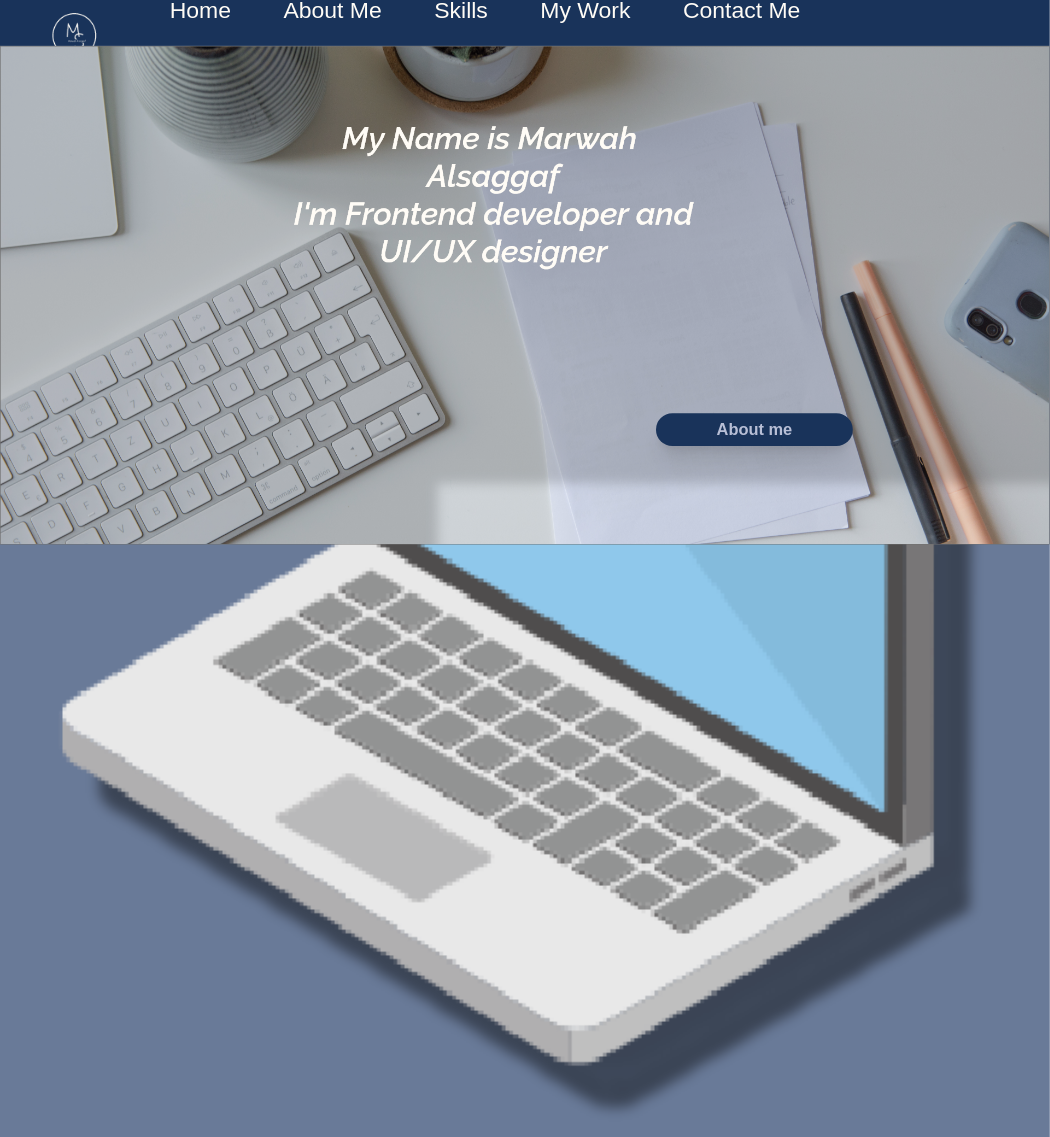
Repository: MEROO1010/my_portfolio
Page: /
An editor plug-in stored every save of this project. The page is shown before and after the next save, followed by the edit.
The browser window is 1280 px wide. The pictures show the whole page, at 82% of full size.
The project was rebuilt for these pictures with package versions that can differ from the ones it lists, and the page was loaded fresh each time. The framework's server and built-in components were replaced by stand-ins that run in the browser. Also part of the build but not shown: next.config.js.

Above is the page before, as saved 2023-03-10 01:58:24.

After the next save:
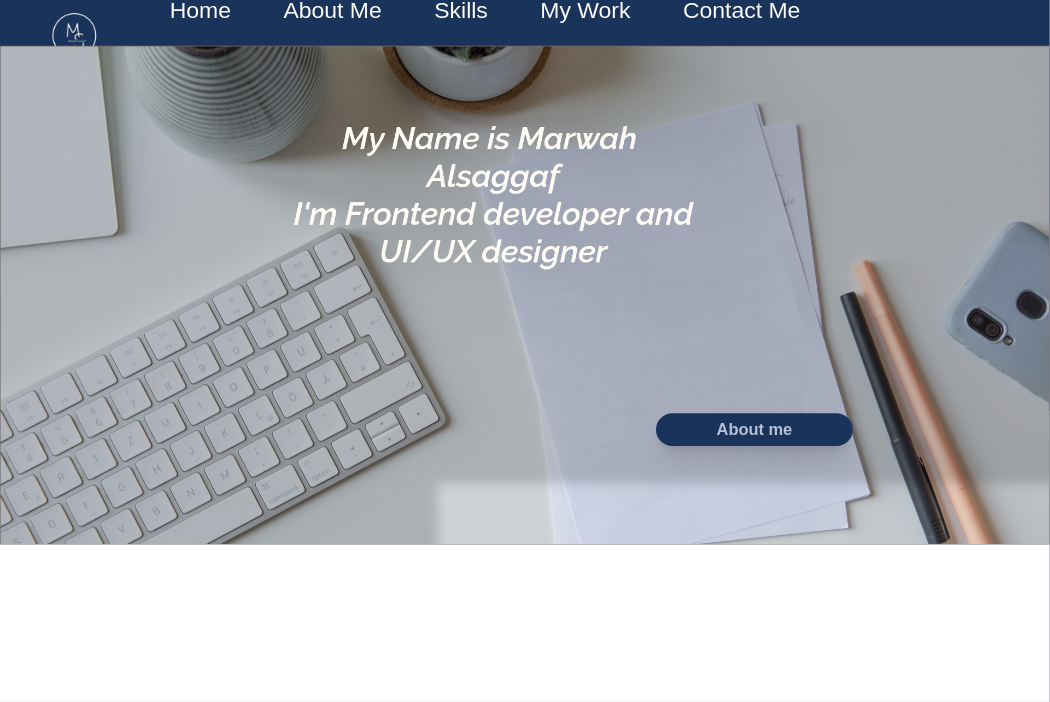
Saved 6 s later.
--- a/pages/components/AboutMe.tsx
+++ b/pages/components/AboutMe.tsx
@@ -6,7 +6,7 @@
   return (
     <div className="bg-[#697A98]">
         <div>
-        <Image src="/assets/images/laptop-screen.png" alt="laptop" width={6400} height={100}/>
+        <Image src="/assets/images/laptop-screen.png" alt="laptop" width={400} height={0}/>
         </div>
 
     </div>

After the save that followed:
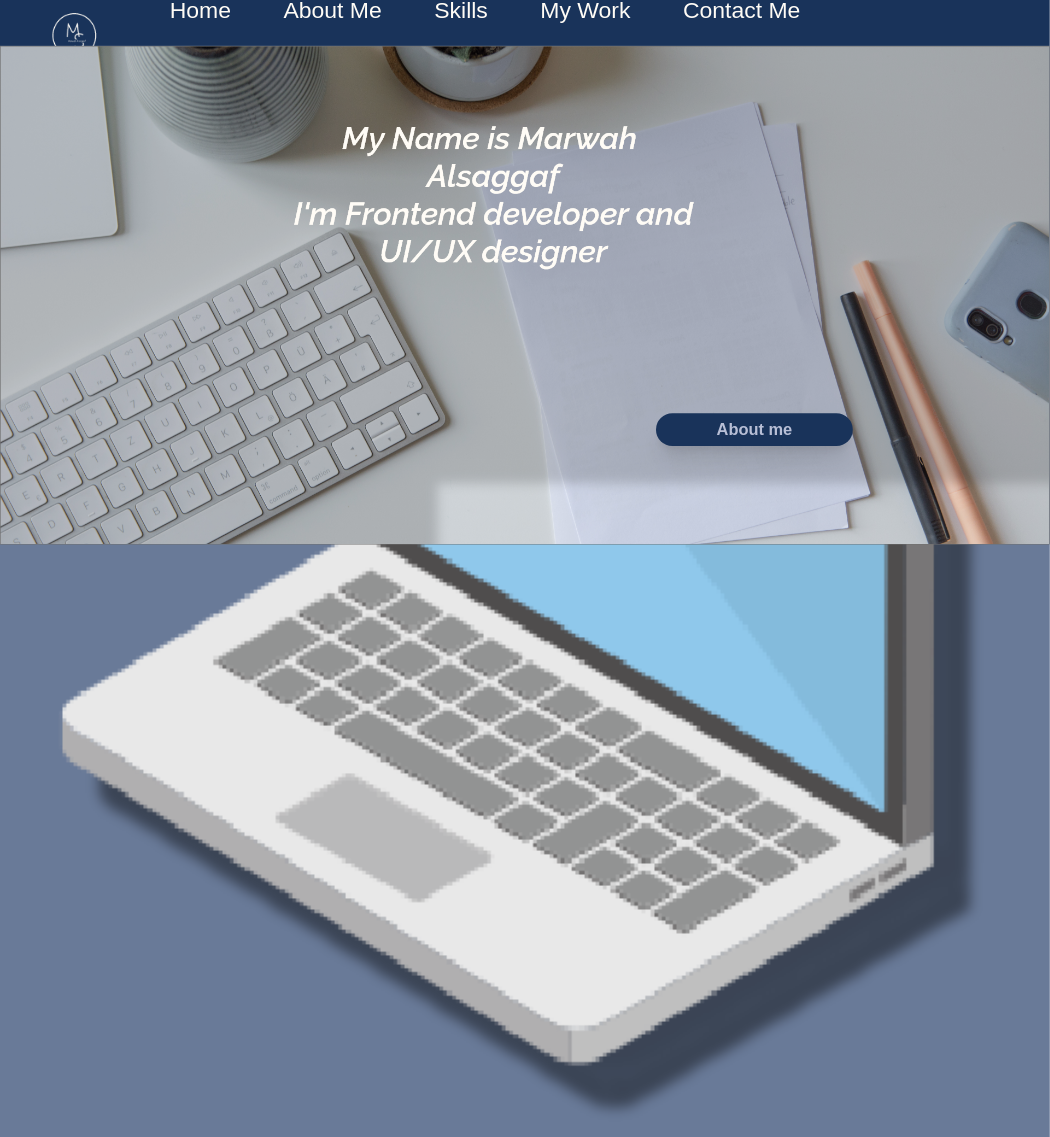
Saved 6 s later.
--- a/pages/components/AboutMe.tsx
+++ b/pages/components/AboutMe.tsx
@@ -6,7 +6,7 @@
   return (
     <div className="bg-[#697A98]">
         <div>
-        <Image src="/assets/images/laptop-screen.png" alt="laptop" width={400} height={0}/>
+        <Image src="/assets/images/laptop-screen.png" alt="laptop" width={4400} height={0}/>
         </div>
 
     </div>
